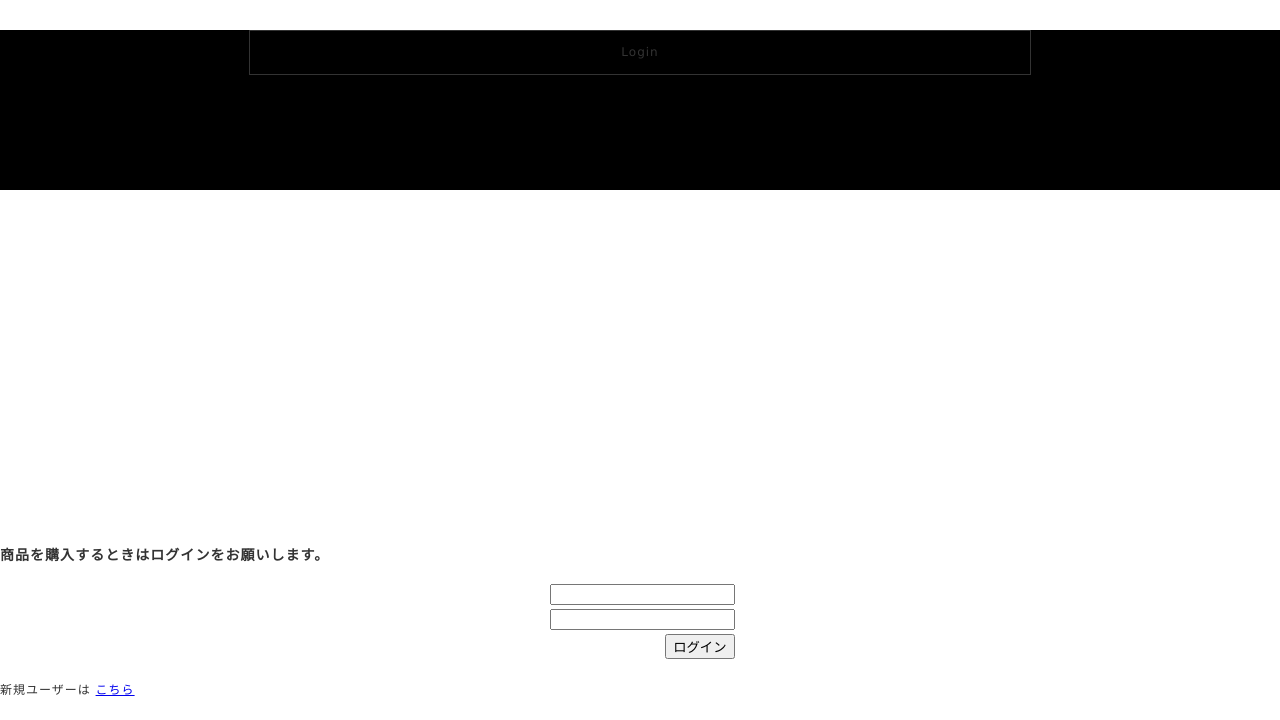
Repository: kazuki000/test
Page: http://localhost/templete2/HomeAction.action
The author's editor kept a copy of each file at every save. The page is drawn from the files as they stood at one save, then again after the next save.
The browser window is 1280 px wide. The pictures show the whole page.
The page is served by Tomcat 9. Other server files are loaded and not shown.

Above is the page before, as saved 2019-04-24 15:46:58.

### templete2/WebContent/login.jsp
<%@ page language="java" contentType="text/html; charset=UTF-8"
    pageEncoding="UTF-8"%>
<%@ taglib prefix="s" uri="/struts-tags"%>
<!DOCTYPE html PUBLIC "-//W3C//DTD HTML 4.01 Transitional//EN" "http://www.w3.org/TR/html4/loose.dtd">
<html>
<head>
     <meta http-equiv="Content-Type" content="text/html; charset=UTF-8">
     <meta http-equiv="Content-Style-Type" content="text/css"/>
     <meta http-equiv="Contetn-Script-Type" content="text/javasctipt"/>
     <meta http-equiv="imagetoolbar" content="no"/>
     <meta http-equiv="discription" content=""/>
     <meta http-equiv="keywords" content=""/>
     <title>Login画面</title>

     <style type="text/css">

     body{
      margin:0;
      padding:0;
      line-height:1.6;
      letter-spacing:1px;
      font-family:Verdana,Helvetica,sans-serif;
      font-size:12px;
      color:#333;
      background:#fff;
     }

     table{
      text-align:center;
      margin:0 auto;
     }

     #top{
      width:780px;
      margin:30px auto;
      border:1px solid #333;
     }

     #header{
      width:100%;
      height:80px;
      background-color:black;
     }

     #main{
      width:100%;
      height:500px;
      text-align:center;
     }

     #footer{
      width:100%;
      height:80px;
      background-color:black;
      clear:both;
     }

     </style>

</head>
<body>
       <div id="header">
              <div id="pr">
       </div>
       <div id="main">
              <div id="top">
                     <p>Login</p>
              </div>
       </div>
       <div>
             <h3>商品を購入するときはログインをお願いします。</h3>
             <s:form action="LoginAction">
               <s:textfield name="loginUserId"/>
               <s:password name="loginPassword"/>
               <s:submit value="ログイン"/>
        </s:form>
        <br>
        <div>
             <span>新規ユーザーは
             <a href='<a url actuion="UserCreateAction"/>'>こちら</a>
             </span>
        </div>
  </div>
  </div>
  <div>
       <div id="footer">
              <div id="pr">
              </div>
       </div>
       </div>


</body>
</html>

After the next save:
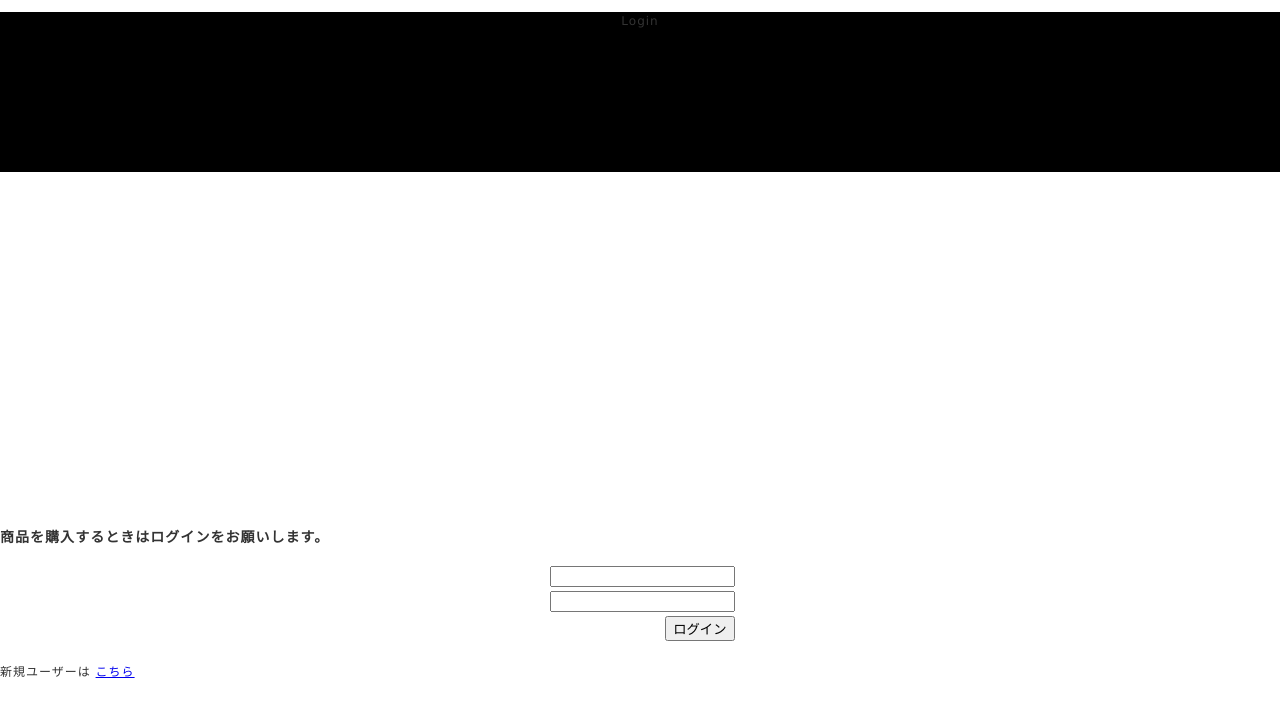
Saved 2 min 46 s later.
--- a/templete2/WebContent/login.jsp
+++ b/templete2/WebContent/login.jsp
@@ -13,49 +13,47 @@
      <title>Login画面</title>
 
      <style type="text/css">
+body {
+	margin: 0;
+	padding: 0;
+	line-height: 1.6;
+	letter-spacing: 1px;
+	font-family: Verdana, Helvetica, sans-serif;
+	font-size: 12px;
+	color: #333;
+	background: #fff;
+}
 
-     body{
-      margin:0;
-      padding:0;
-      line-height:1.6;
-      letter-spacing:1px;
-      font-family:Verdana,Helvetica,sans-serif;
-      font-size:12px;
-      color:#333;
-      background:#fff;
-     }
+table {
+	text-align: center;
+	margin: 0 auto;
+}
 
-     table{
-      text-align:center;
-      margin:0 auto;
-     }
+/
+#top {
+	width: 780px;
+	margin: 30px auto;
+}
 
-     #top{
-      width:780px;
-      margin:30px auto;
-      border:1px solid #333;
-     }
+#header {
+	width: 100%;
+	height: 80px;
+	background-color: black;
+}
 
-     #header{
-      width:100%;
-      height:80px;
-      background-color:black;
-     }
+#main {
+	width: 100%;
+	height: 500px;
+	text-align: center;
+}
 
-     #main{
-      width:100%;
-      height:500px;
-      text-align:center;
-     }
-
-     #footer{
-      width:100%;
-      height:80px;
-      background-color:black;
-      clear:both;
-     }
-
-     </style>
+#footer {
+	width: 100%;
+	height: 80px;
+	background-color: black;
+	clear: both;
+}
+</style>
 
 </head>
 <body>
